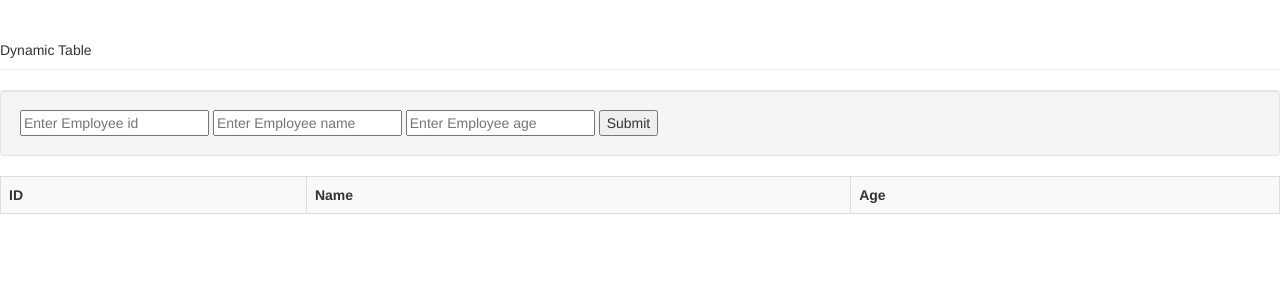
Repository: NathanDPoole/Personal
Page: Training/JavaScriptEx/src/main/webapp/html/dynamicTable.html
These files come from the project's save history. The page is drawn as it stood at one moment and after the next save; the edit follows.
The browser window is 1280 px wide. The pictures show the whole page.

Above is the page before, as saved 2017-12-29 16:22:11.
Console error: TypeError: Cannot read properties of null (reading 'appendChild')

After the next save:
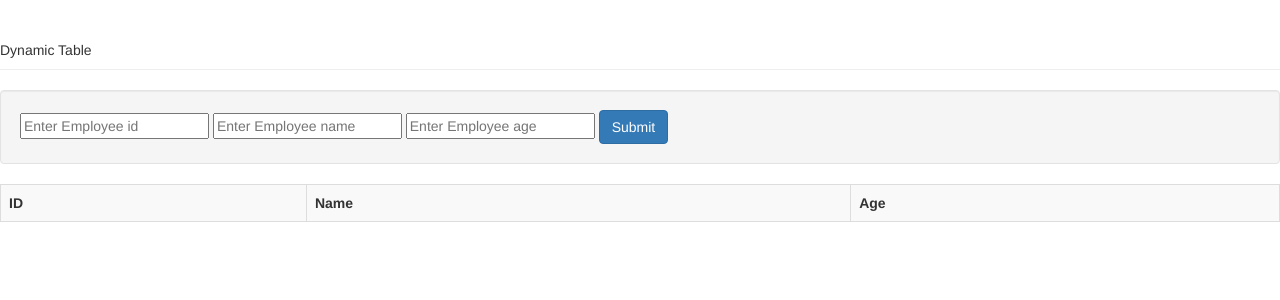
Saved 25 s later.
--- a/Training/JavaScriptEx/src/main/webapp/html/dynamicTable.html
+++ b/Training/JavaScriptEx/src/main/webapp/html/dynamicTable.html
@@ -18,7 +18,7 @@
 					<input id="eid" type="text" placeholder="Enter Employee id" />
 					<input id="name" type="text" placeholder="Enter Employee name" />
 					<input id="age" type="text" placeholder="Enter Employee age" />
-					<input id="submitBtn" type="button" value="Submit" />
+					<input id="submitBtn" type="button" value="Submit" class="btn btn-primary"/>
 				</form>
 			</div>
 		</div>
